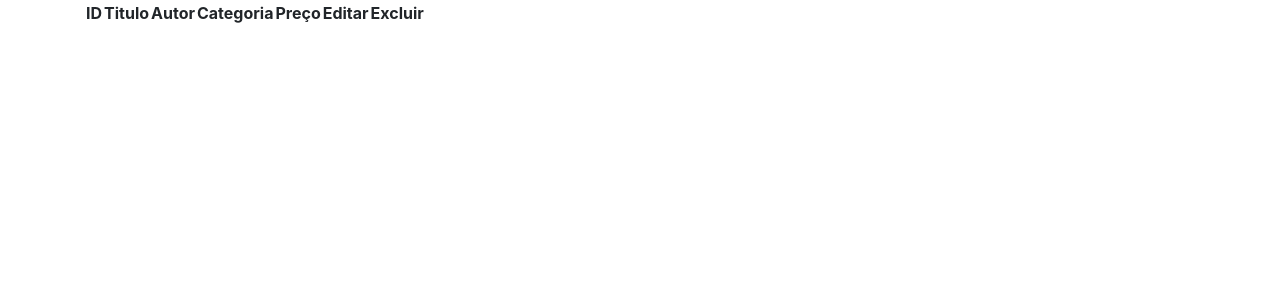
Repository: SrtaVerdant/projeto-livraria
Page: http://localhost/ProjetoLivraria/consultaLivroPorCategoria.jsp
These files come from the project's save history. The page is drawn as it stood at one moment and after the next save; the edit follows.
The browser window is 1280 px wide. The pictures show the whole page.
Some web libraries are served in a nearby version. The page is served by Tomcat 9. Other server files are loaded and not shown. Queries for data that is not in the repository find no rows.

Above is the page before, as saved 2022-10-29 23:44:34.

### ProjetoLivraria/src/main/webapp/consultaLivroPorCategoria.jsp
<%@page import="com.livraria.dao.CategoriaDao"%>
<%@page import="com.livraria.bean.Categoria"%>
<%@page import="java.util.List"%>
<%@ page language="java" contentType="text/html; charset=ISO-8859-1"
    pageEncoding="UTF-8"%>
<!DOCTYPE html>
<html>
	<head>
		<meta charset="UTF-8">
		<title>Consultar livro por categoria</title>
		<link rel="stylesheet" href="https://cdn.jsdelivr.net/npm/bootstrap@4.0.0/dist/css/bootstrap.min.css" integrity="sha384-Gn5384xqQ1aoWXA+058RXPxPg6fy4IWvTNh0E263XmFcJlSAwiGgFAW/dAiS6JXm" crossorigin="anonymous">
		<script src="https://code.jquery.com/jquery-3.2.1.slim.min.js" integrity="sha384-KJ3o2DKtIkvYIK3UENzmM7KCkRr/rE9/Qpg6aAZGJwFDMVNA/GpGFF93hXpG5KkN" crossorigin="anonymous"></script>
		<script src="https://cdn.jsdelivr.net/npm/popper.js@1.12.9/dist/umd/popper.min.js" integrity="sha384-ApNbgh9B+Y1QKtv3Rn7W3mgPxhU9K/ScQsAP7hUibX39j7fakFPskvXusvfa0b4Q" crossorigin="anonymous"></script>
		<script src="https://cdn.jsdelivr.net/npm/bootstrap@4.0.0/dist/js/bootstrap.min.js" integrity="sha384-JZR6Spejh4U02d8jOt6vLEHfe/JQGiRRSQQxSfFWpi1MquVdAyjUar5+76PVCmYl" crossorigin="anonymous"></script>
	</head>
	<body>

		<%@page import="com.livraria.bean.*, com.livraria.dao.*" %>
		<%@ taglib uri="http://java.sun.com/jsp/jstl/core" prefix="c" %>

		<%
			String categoria = request.getParameter("categoria");
			List<Livro> livro = LivroDao.getLivroPorCategoria(categoria);
			request.setAttribute("livro", livro);

			if(livro == null){
				out.println("Não foram encontrados livros desta categoria");
			}
		%>

		<div class="container">
			<table>
				<tr>
					<th>ID</th>
					<th>Titulo</th>
					<th>Autor</th>
					<th>Categoria</th>
					<th>Preço</th>
					<th>Editar</th>
					<th>Excluir</th>
				</tr>




				<c:forEach items="${livro}" var="livro">
					<tr>
						<td>${livro.getCodlivro()}</td>
						<td>${livro.getTitulo()}</td>
						<td>${livro.getAutor()}</td>
						<td>${livro.getCategoria()}</td>
						<td>${livro.getPreco()}</td>
						<td> <a href="editar.jsp?codlivro=${livro.getCodlivro()}">Editar</a> </td>
						<td> <a href="">Excluir</a> </td>
					</tr>
				</c:forEach>
			</table>
		</div>


	</body>

</html>

### ProjetoLivraria/src/main/java/com/livraria/dao/LivroDao.java
package com.livraria.dao;

import java.sql.Connection;
import java.sql.DriverManager;
import java.sql.PreparedStatement;
import java.sql.ResultSet;
import java.sql.SQLException;
import java.util.ArrayList;
import java.util.List;

import com.livraria.bean.Livro;

public class LivroDao {
	public static Connection getConnection() {
		Connection connection = null;

		try {
			Class.forName("com.mysql.cj.jdbc.Driver");
			connection = DriverManager.getConnection("jdbc:mysql://localhost/bdlivraria", "root", "root");
		}catch (Exception e) {
			System.out.println(e);
		}
		return connection;
	}


	public static List<Livro> listar() {
		List<Livro> list = new ArrayList<Livro>();

		try {
			Connection connection = getConnection();
			PreparedStatement ps = connection.prepareStatement("SELECT * FROM tblivros");
			ResultSet rs = ps.executeQuery();

			while(rs.next()) {
				Livro livro = new Livro();
				livro.setCodlivro(rs.getInt("codlivro"));
				livro.setTitulo(rs.getString("titulo"));
				livro.setAutor(rs.getString("autor"));
				livro.setCategoria(rs.getString("categoria"));;
				livro.setPreco(rs.getFloat("valor"));
				list.add(livro);
			}
		}catch (Exception e) {
			System.out.println(e);
		}

		return list;
	}

	public static Livro getPorId(int codlivro) {
		Livro livro = null;

		try {
			Connection connection = getConnection();
			PreparedStatement ps =  connection.prepareStatement("SELECT * FROM tblivros WHERE codlivro=?");
			ps.setInt(1, codlivro);
			ResultSet rs = ps.executeQuery();

			while (rs.next()) {
				livro = new Livro();
				livro.setCodlivro(rs.getInt("codlivro"));
				livro.setTitulo(rs.getString("titulo"));
				livro.setAutor(rs.getString("autor"));
				livro.setCategoria(rs.getString("categoria"));
				livro.setPreco(rs.getFloat("valor"));

			}
		}catch (Exception e) {
			System.out.println(e);
		}

		return livro;
	}

	public void alterar(Livro livro) {
		try {
			Connection connection = getConnection();
			PreparedStatement ps = connection.prepareStatement("UPDATE tblivros SET titulo=?, autor=?, categoria=?, valor=? WHERE codlivro=?");

			ps.setString(1, livro.getTitulo());
			ps.setString(2, livro.getAutor());
			ps.setString(3, livro.getCategoria());
			ps.setFloat(4, livro.getPreco());
			ps.setInt(5, livro.getCodlivro());
			ps.execute();
			ps.close();

		}catch (SQLException e) {
			throw new RuntimeException(e);

		}

	}

	public static List<Livro> getLivroPorCategoria(String categoria) {
		List<Livro> list = new ArrayList<Livro>();

		System.out.println(categoria);

		try {
			Connection connection = getConnection();
			PreparedStatement ps =  connection.prepareStatement("SELECT * FROM tblivros WHERE categoria=?");
			ps.setString(1, categoria);
			ResultSet rs = ps.executeQuery();

			while (rs.next()) {
				Livro livro = new Livro();
				livro.setCodlivro(rs.getInt("codlivro"));
				livro.setTitulo(rs.getString("titulo"));
				livro.setAutor(rs.getString("autor"));
				livro.setCategoria(rs.getString("categoria"));
				livro.setPreco(rs.getFloat("valor"));
				list.add(livro);
			}
		}catch (Exception e) {
			System.out.println(e);
		}

		return list;
	}





}

After the next save:
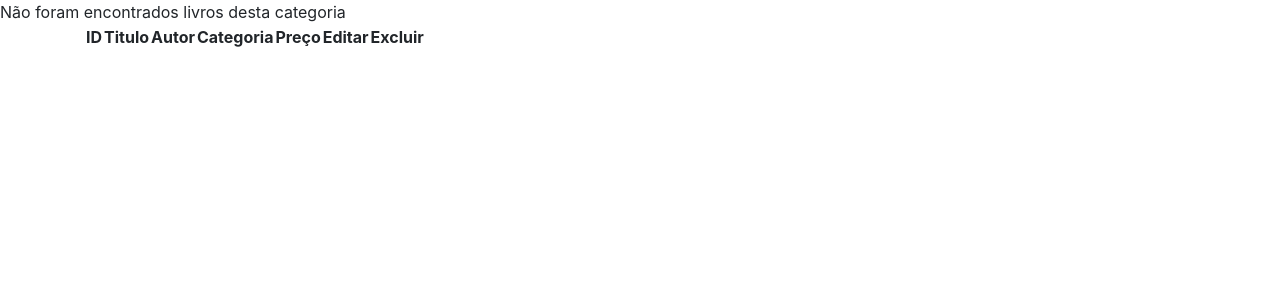
Saved 42 s later.
--- a/ProjetoLivraria/src/main/webapp/consultaLivroPorCategoria.jsp
+++ b/ProjetoLivraria/src/main/webapp/consultaLivroPorCategoria.jsp
@@ -23,7 +23,7 @@
 			List<Livro> livro = LivroDao.getLivroPorCategoria(categoria);
 			request.setAttribute("livro", livro);
 
-			if(livro == null){
+			if(livro.isEmpty()){
 				out.println("Não foram encontrados livros desta categoria");
 			}
 		%>
